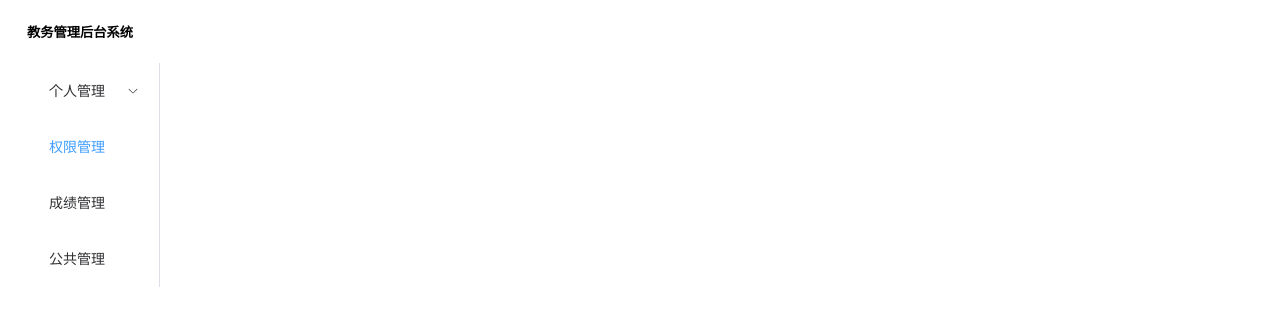
Repository: songlin-q/EducationalAdministrationSysTem
Page: /Reedit (app in EducationalAdministrationSystemUI/educationsystem/)
An editor plug-in stored every save of this project. The page is shown before and after a run of saves, followed by the edit.
The browser window is 1280 px wide. The pictures show the whole page.
The project was rebuilt for these pictures with package versions that can differ from the ones it lists, and the page was loaded fresh each time. Also part of the build but not shown: EducationalAdministrationSystemUI/educationsystem/vue.config.js, EducationalAdministrationSystemUI/educationsystem/src/components/HelloWorld.vue, EducationalAdministrationSystemUI/educationsystem/src/components/Identity/IdentityCode.vue, EducationalAdministrationSystemUI/educationsystem/src/components/Identity/IdentityCode2.vue, EducationalAdministrationSystemUI/educationsystem/src/components/MainOne.vue.

Above is the page before, as saved 2022-05-24 11:37:16.

After the next 3 saves:
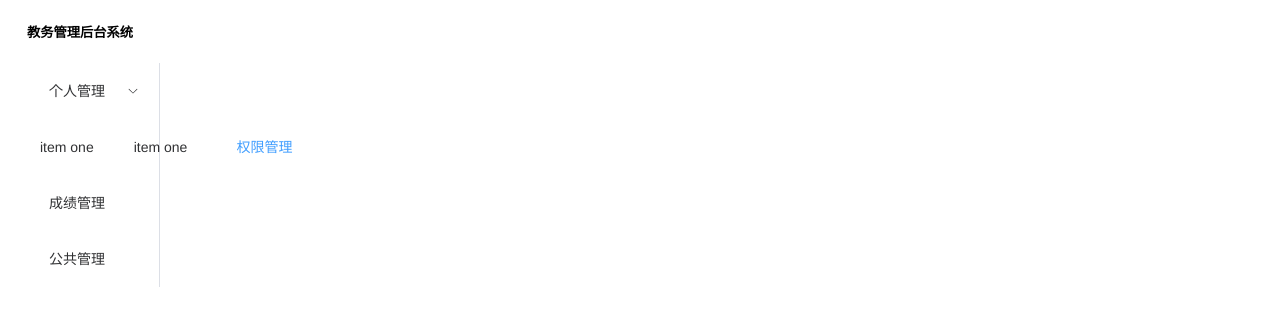
The 3 saves are shown as one change because they came seconds apart.
The last was saved 16 s later.
--- a/EducationalAdministrationSystemUI/educationsystem/src/components/MainInfo.vue
+++ b/EducationalAdministrationSystemUI/educationsystem/src/components/MainInfo.vue
@@ -13,11 +13,14 @@
             <el-icon><location /></el-icon>
             <span>个人管理</span>
           </template>
-
         </el-sub-menu>
         <el-menu-item index="2">
-          <el-icon><icon-menu /></el-icon>
-          <span>权限管理</span>
+          <template #title>
+            <el-icon><icon-menu /></el-icon>
+            <span>权限管理</span>
+          </template>
+          <el-menu-item index="1-1">item one</el-menu-item>
+          <el-menu-item index="1-2">item one</el-menu-item>
         </el-menu-item>
         <el-menu-item index="3">
           <el-icon><document /></el-icon>

After the save that followed:
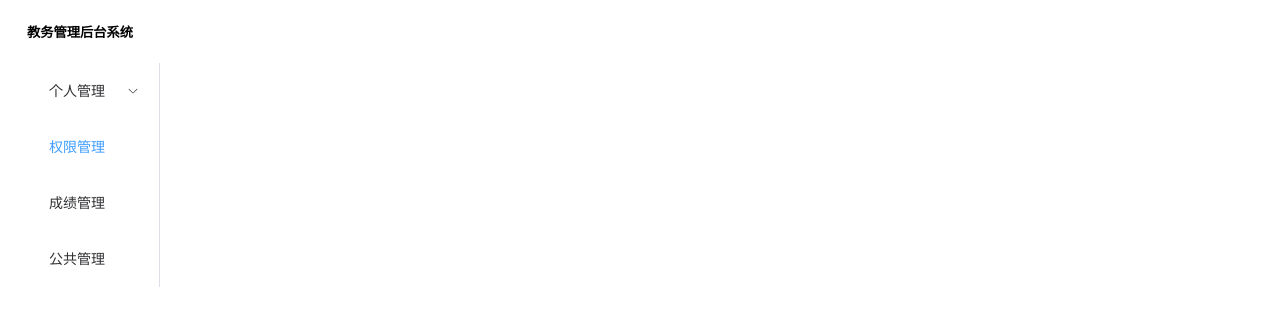
Saved 12 s later.
--- a/EducationalAdministrationSystemUI/educationsystem/src/components/MainInfo.vue
+++ b/EducationalAdministrationSystemUI/educationsystem/src/components/MainInfo.vue
@@ -13,14 +13,12 @@
             <el-icon><location /></el-icon>
             <span>个人管理</span>
           </template>
+          <el-menu-item index="1-1">item one</el-menu-item>
+          <el-menu-item index="1-2">item one</el-menu-item>
         </el-sub-menu>
         <el-menu-item index="2">
-          <template #title>
-            <el-icon><icon-menu /></el-icon>
-            <span>权限管理</span>
-          </template>
-          <el-menu-item index="1-1">item one</el-menu-item>
-          <el-menu-item index="1-2">item one</el-menu-item>
+          <el-icon><icon-menu /></el-icon>
+          <span>权限管理</span>
         </el-menu-item>
         <el-menu-item index="3">
           <el-icon><document /></el-icon>
